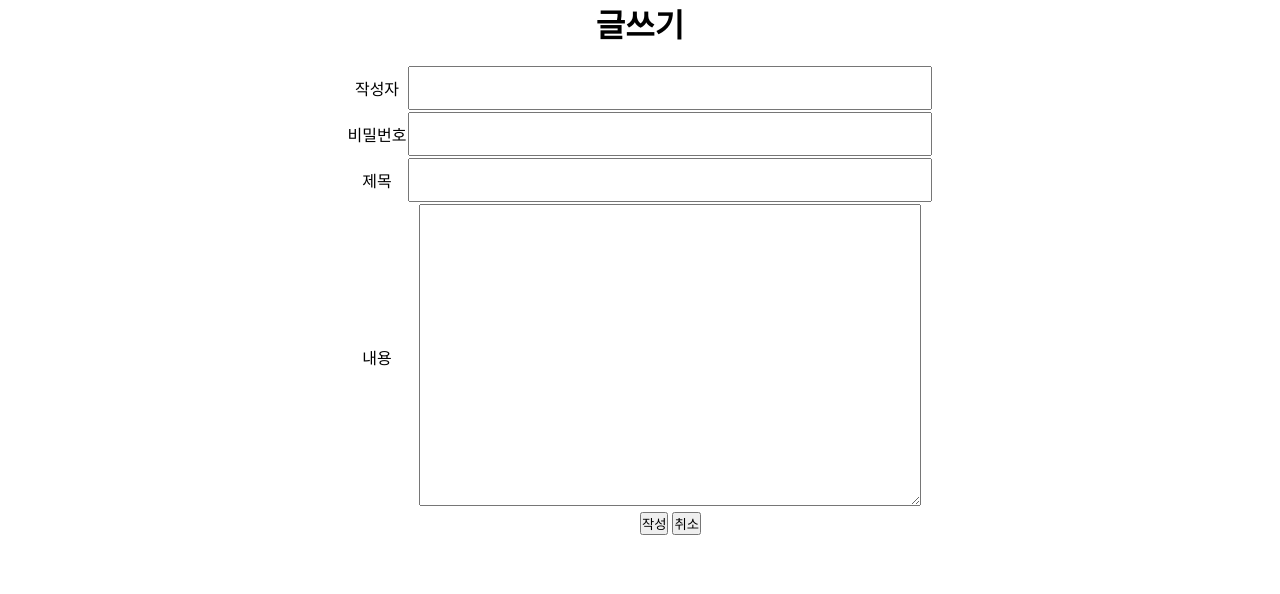
Repository: 1plus1equals3-true/Board-temp
Page: http://localhost/jsp/board/write.jsp
The author's editor kept a copy of each file at every save. The page is drawn from the files as they stood at one save, then again after the next save.
The browser window is 1280 px wide. The pictures show the whole page.
The page is served by Tomcat 9.

Above is the page before, as saved 2025-09-09 06:32:18.

After the next save:
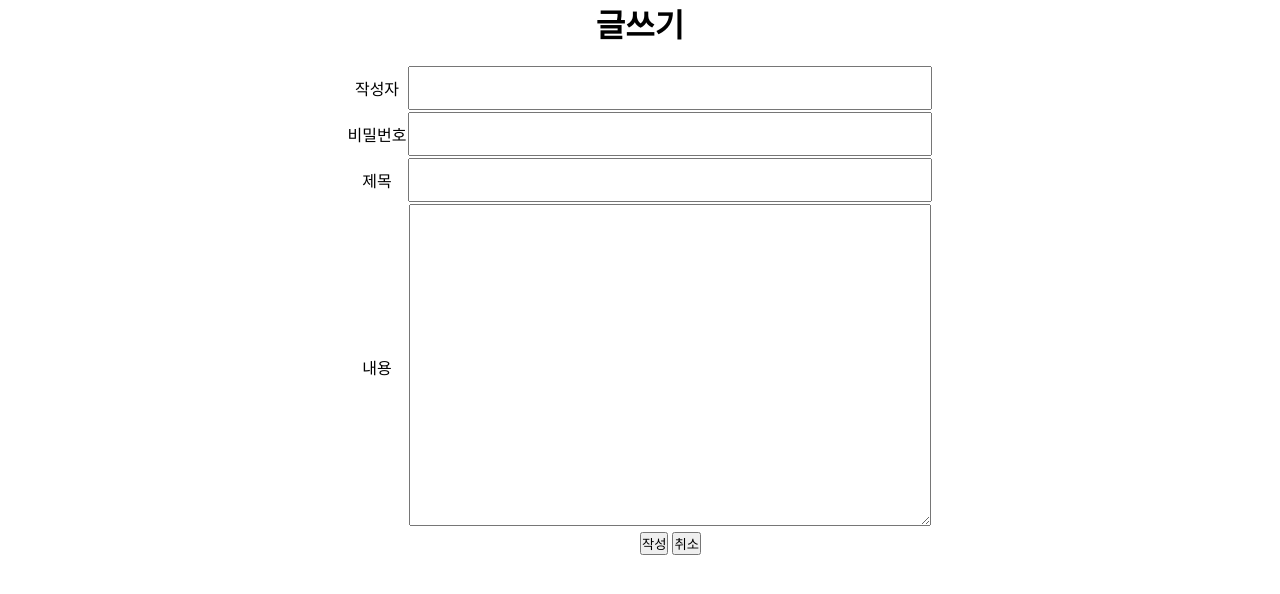
Saved 20 s later.
--- a/jsp/src/main/webapp/board/write.jsp
+++ b/jsp/src/main/webapp/board/write.jsp
@@ -18,8 +18,10 @@ input[type=text] {
 	padding: 10px;
 }
 .text {
+	text-align:left;
 	width: 500px;
 	height: 300px;
+	padding: 10px;
 }
 </style>
 </head>
